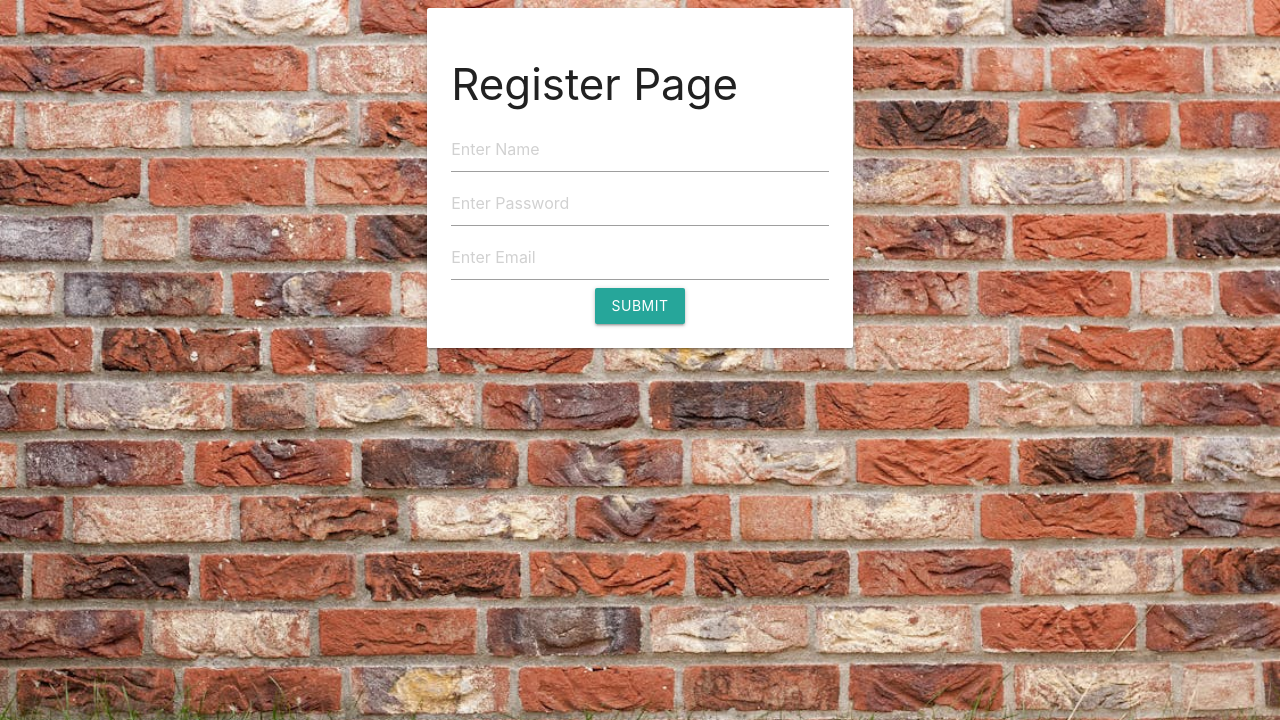
Repository: nin19/advance_java
Page: http://localhost/register-module/
An editor plug-in stored every save of this project. The page is shown before and after the next save, followed by the edit.
The browser window is 1280 px wide. The pictures show the whole page.
The page is served by Tomcat 9.

Above is the page before, as saved 2024-10-17 13:51:27.

After the next save:
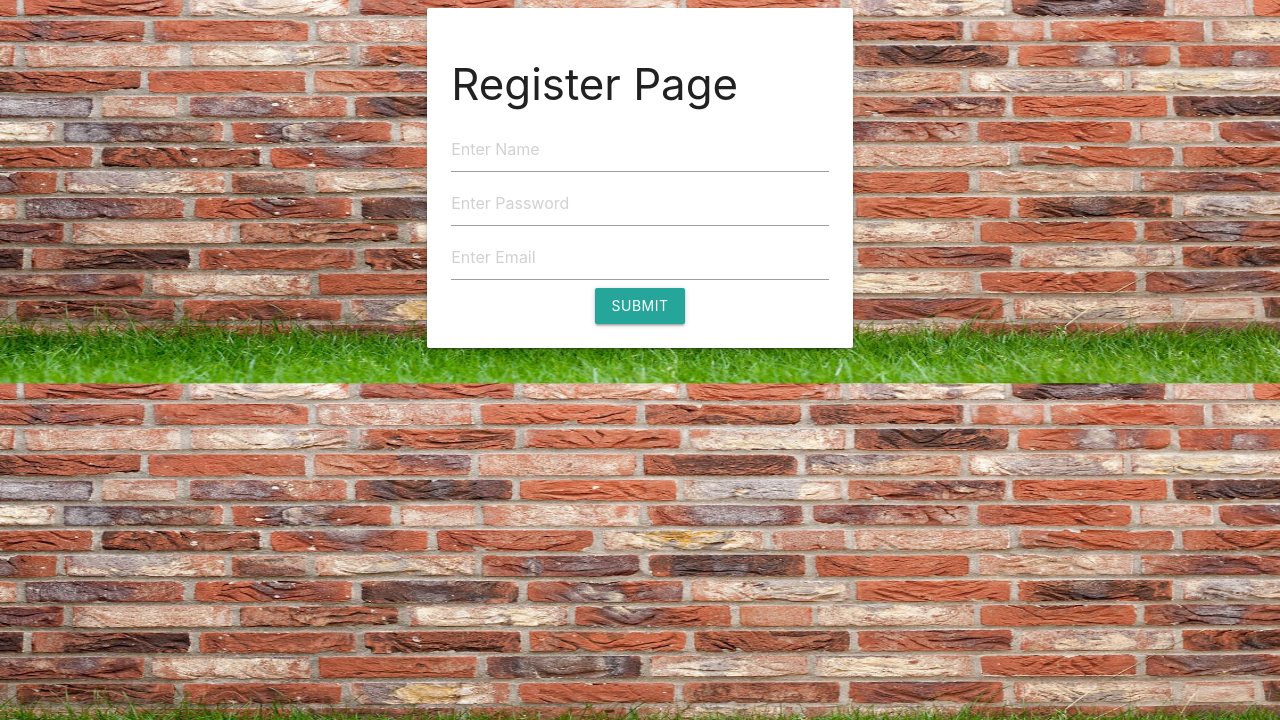
Saved 46 s later.
--- a/servlet/register-module/src/main/webapp/signup.jsp
+++ b/servlet/register-module/src/main/webapp/signup.jsp
@@ -12,7 +12,7 @@
     <script src="https://cdnjs.cloudflare.com/ajax/libs/materialize/1.0.0/js/materialize.min.js"></script>
 
 </head>
-<body style="background: url(img/background.jpeg);background-size: cover">
+<body style="background: url(img/background.jpeg);background-size: 100%100%">
 	<div class="container">
 		<div class="row">
 			<div class="col m6 offset-m3">

After the save that followed:
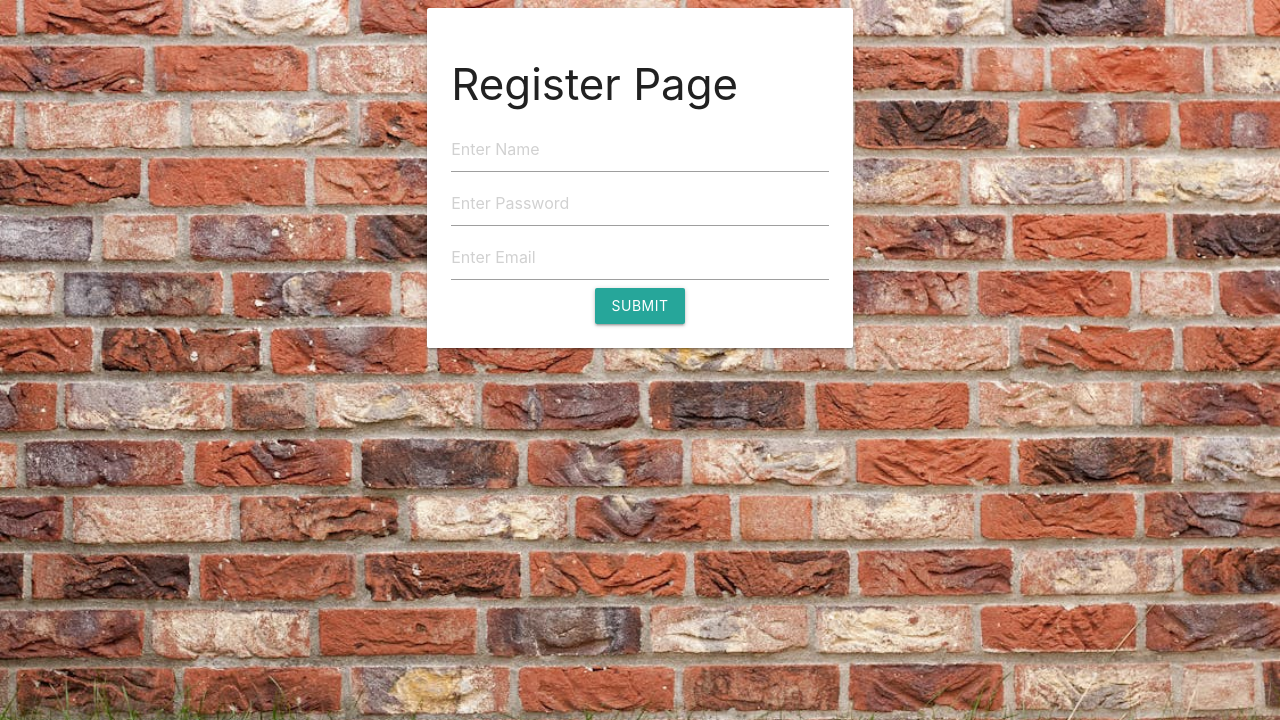
Saved 8 s later.
--- a/servlet/register-module/src/main/webapp/signup.jsp
+++ b/servlet/register-module/src/main/webapp/signup.jsp
@@ -12,7 +12,7 @@
     <script src="https://cdnjs.cloudflare.com/ajax/libs/materialize/1.0.0/js/materialize.min.js"></script>
 
 </head>
-<body style="background: url(img/background.jpeg);background-size: 100%100%">
+<body style="background: url(img/background.jpeg);background-size: 100%">
 	<div class="container">
 		<div class="row">
 			<div class="col m6 offset-m3">
